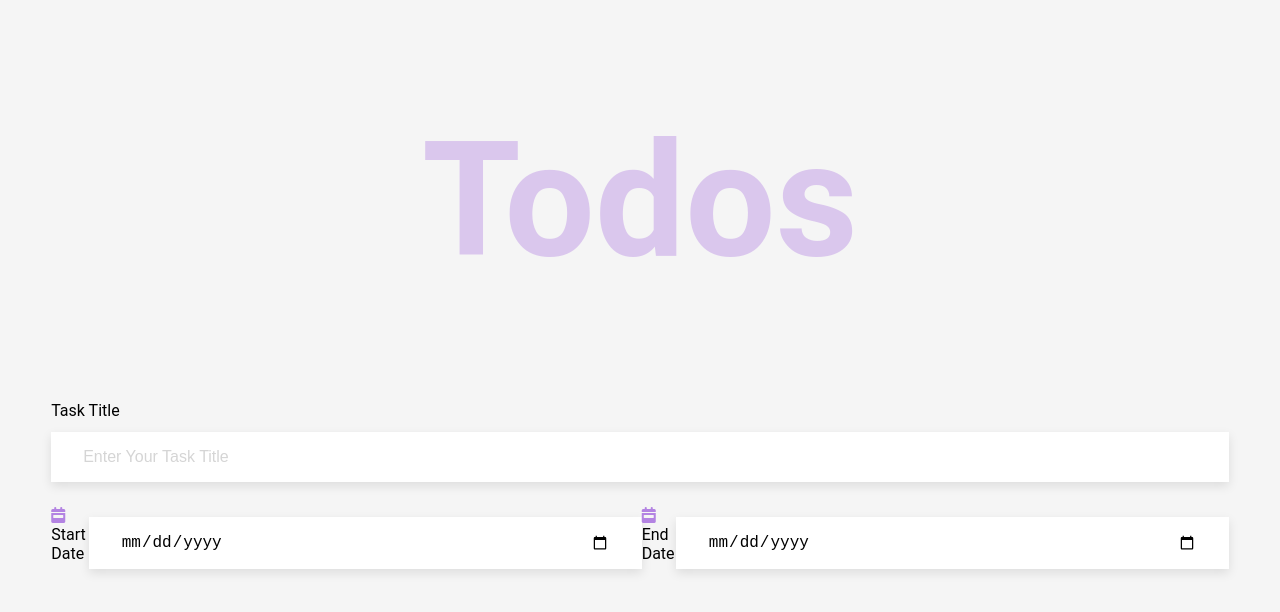
Repository: Surahailat/TypeScript
Page: Mini project 10-3/Project-TS.html
An editor plug-in stored every save of this project. The page is shown before and after the next save, followed by the edit.
The browser window is 1280 px wide. The pictures show the whole page.

Above is the page before, as saved 2025-03-10 13:01:15.

After the next save:
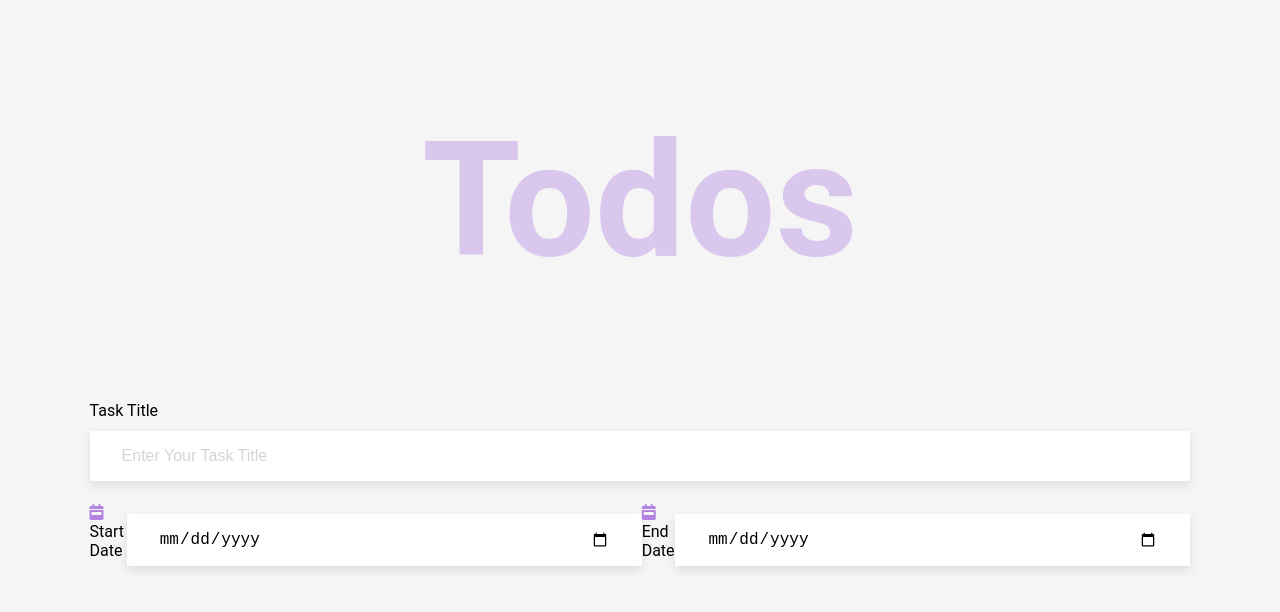
Saved 37 s later.
--- a/Mini project 10-3/Project-TS.html
+++ b/Mini project 10-3/Project-TS.html
@@ -25,7 +25,7 @@
 
         }
 .form{
-    margin: 4%;
+    margin: 7%;
 }
         .input {
             width: 400px;
